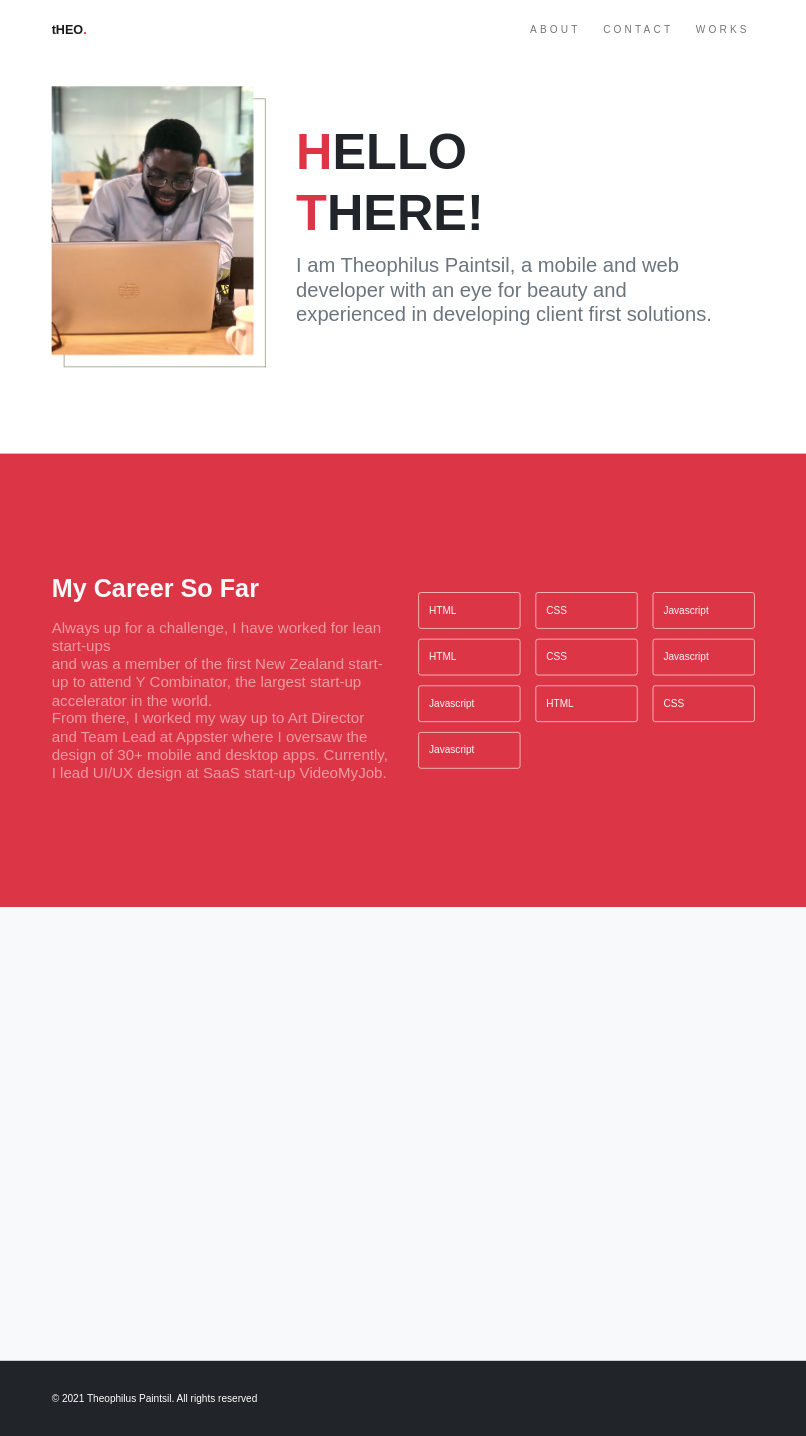
Repository: tHEO2k17/portfolio
Page: /
The author's editor kept a copy of each file at every save. The page is drawn from the files as they stood at one save, then again after the next save.
The browser window is 1280 px wide. The pictures show the whole page, at 63% of full size.
The project was rebuilt for these pictures with package versions that can differ from the ones it lists, and the page was loaded fresh each time.

Above is the page before, as saved 2021-07-22 11:32:36.

After the next save:
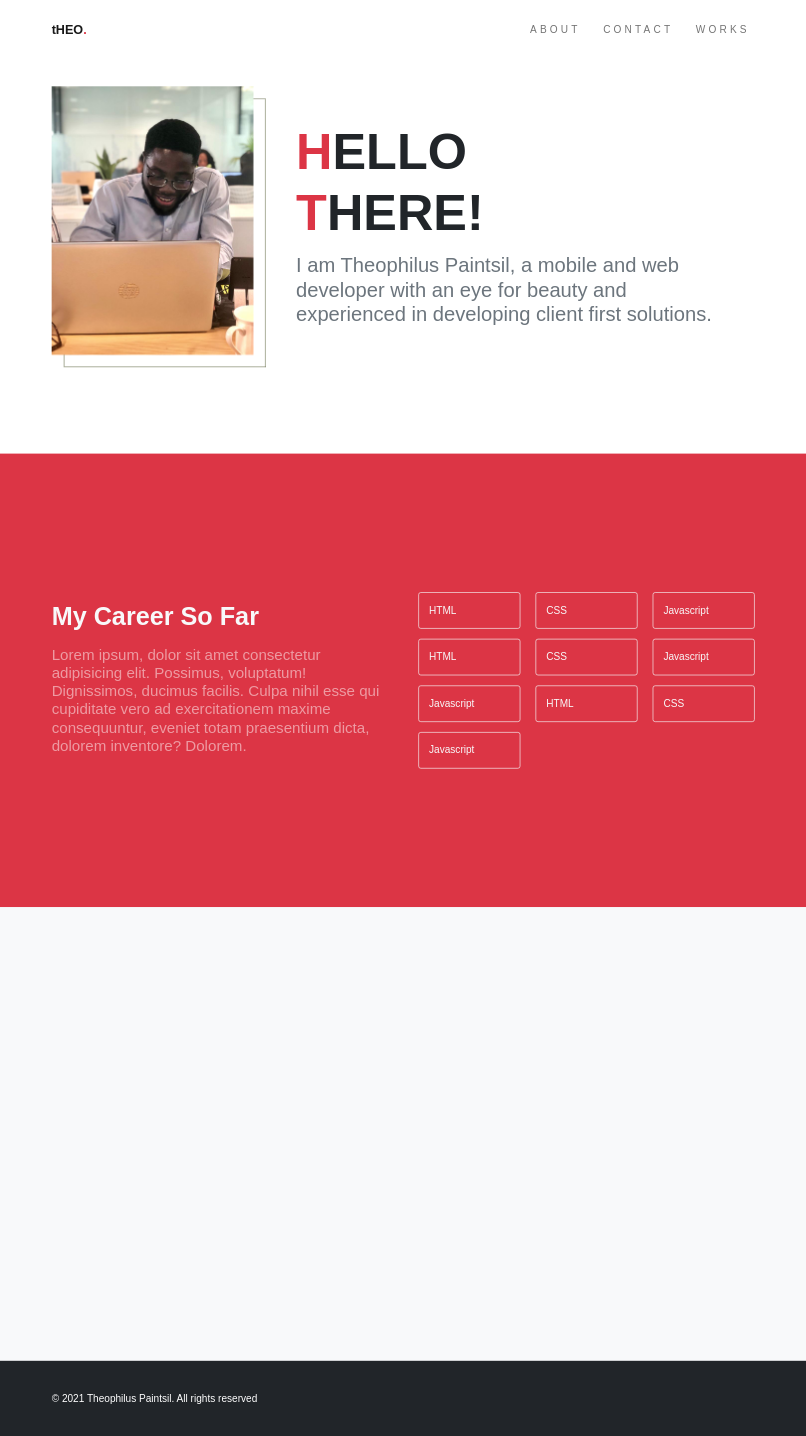
Saved 6 min 49 s later.
--- a/src/presentation/pages/HomePage.tsx
+++ b/src/presentation/pages/HomePage.tsx
@@ -46,12 +46,10 @@ export default function HomePage() {
                         <Col>
                             <h1 className="fw-bold">My Career So Far</h1>
                             <h4 className="text-white-50 mt-4">
-                                Always up for a challenge, I have worked for lean start-ups<br />
-                                and was a member of the first New Zealand start-up to attend Y Combinator,
-                                the largest start-up accelerator in the world. <br />
-                                From there, I worked my way up to Art Director and Team Lead at Appster where
-                                I oversaw the design of 30+ mobile and desktop apps. Currently,
-                                I lead UI/UX design at SaaS start-up VideoMyJob.
+                                Lorem ipsum, dolor sit amet consectetur adipisicing elit.
+                                Possimus, voluptatum! Dignissimos, ducimus facilis.
+                                Culpa nihil esse qui cupiditate vero ad exercitationem maxime consequuntur,
+                                eveniet totam praesentium dicta, dolorem inventore? Dolorem.
                             </h4>
                         </Col>
                         <Col>
